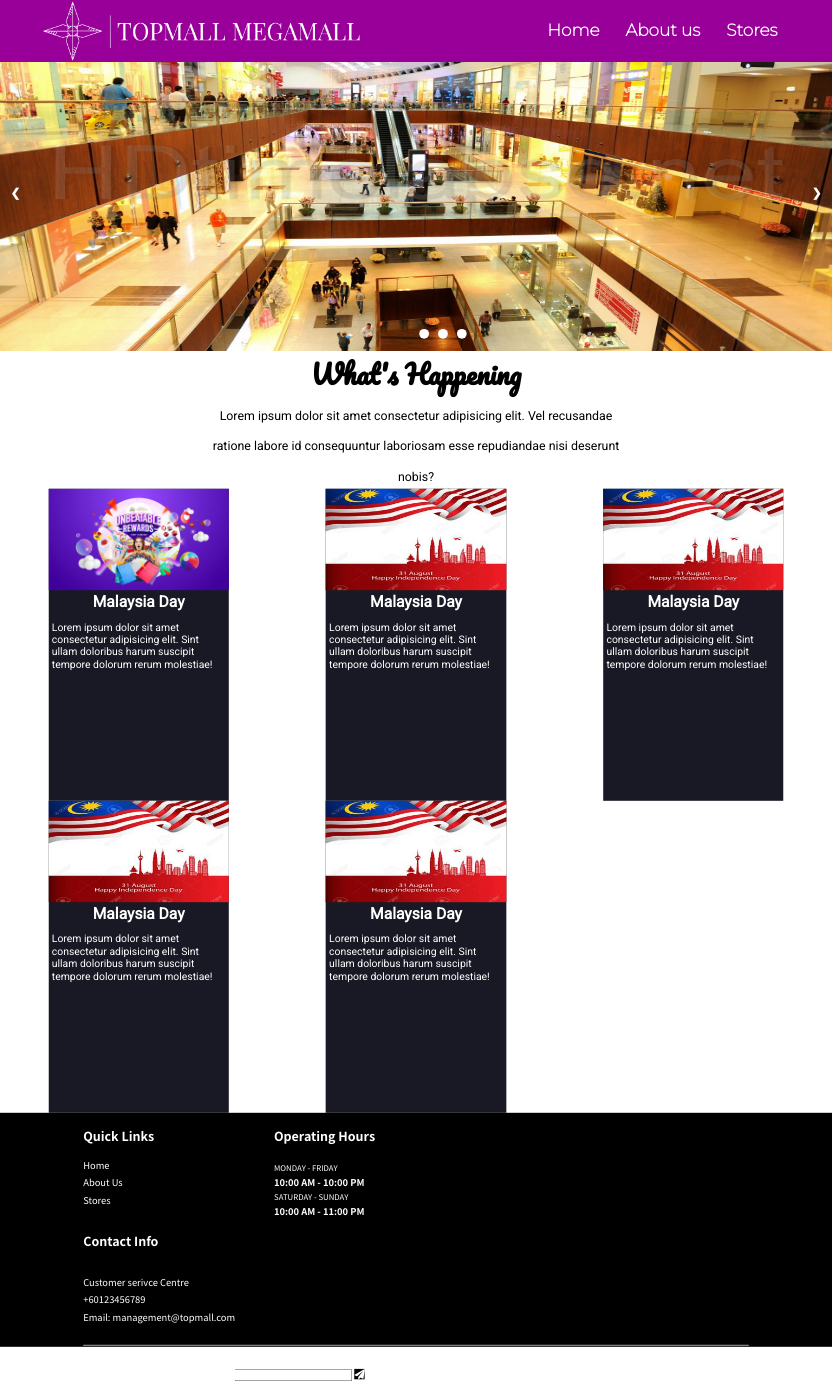
Repository: Jack0Bong/Web-Dev-Assignment
Page: index.html
These files come from the project's save history. The page is drawn as it stood at one moment and after the next save; the edit follows.
The browser window is 1280 px wide. The pictures show the whole page, at 65% of full size.

Above is the page before, as saved 2021-09-02 01:56:12.

### index.html
<!DOCTYPE html>
<html lang="en">
    <head>
        <meta charset="UTF-8">
        <meta http-equiv="X-UA-Compatible" content="IE=edge">
        <meta name="viewport" content="width=device-width, initial-scale=1.0">
        <title>Topmall Megamall</title>

        <!-- fonts link -->
        <link href="https://fonts.googleapis.com/css2?family=Montserrat:wght@200&display=swap" rel="stylesheet">
        <link href="https://fonts.googleapis.com/css2?family=Pacifico&display=swap" rel="stylesheet">
        <link href="https://fonts.googleapis.com/css2?family=Caveat&family=Pacifico&display=swap" rel="stylesheet">
        <link href="https://fonts.googleapis.com/css2?family=Roboto&display=swap" rel="stylesheet">
        <link href="https://fonts.googleapis.com/css2?family=Poppins:wght@200&display=swap" rel="stylesheet">
        <link href="https://fonts.googleapis.com/css2?family=Noto+Sans+TC:wght@300&display=swap" rel="stylesheet">

        <!-- icon link -->
        <link rel="stylesheet" href="https://cdnjs.cloudflare.com/ajax/libs/font-awesome/4.7.0/css/font-awesome.min.css">

        <!-- style sheets link -->
        <link rel="stylesheet" href="css/navbar.css">
        <link rel="stylesheet" href="css/index.css">
    </head>
<body>
    <!-- navigation bar -->
    <nav class="nav">
        <img src="Assets/topmall-white.png" alt="Topmall" class="logo">
        <ul class="navlist">
            <!-- links added here -->
            <li><a href="" class="navlink">Home</a></li>
            <li><a href="" class="navlink">About us</a></li>
            <li><a href="" class="navlink">Stores</a></li>
        </ul>
    </nav>

    <!-- carousel with three images -->
    <section>
        <div class="carousel">

            <div class="slides fade">
                <img src="Assets/slide-one.jpg" alt="">
                <div class="slideText">Slide One</div>
            </div>

            <div class="slides fade">
                <img src="Assets/slide-two.jpg" alt="">
                <div class="slideText">Slide One</div>
            </div>

            <div class="slides fade">
                <img src="Assets/slide-three.jpg" alt="">
                <div class="slideText">Slide One</div>
            </div>

            <a onclick="slideController(-1)" class="prevslide">&#10094;</a>
            <a onclick="slideController(1)" class="nextslide">&#10095;</a>

            <div class="slidedot">
                <span onclick="dotController(1)" class="dot"></span>
                <span onclick="dotController(2)" class="dot"></span>
                <span onclick="dotController(3)" class="dot"></span>
            </div>

        </div>
    </section>

    <section class="events-section">
        <div class="event-title">
            <h1>What's Happening</h1>
            <span>Lorem ipsum dolor sit amet consectetur adipisicing elit. Vel recusandae ratione labore id consequuntur laboriosam esse repudiandae nisi deserunt nobis?</span>
        </div>

        <div class="card-view">

            <div class="card">
                <img src="Assets/event-two.jpg" alt="">
                <h2>Malaysia Day</h2>
                <p>Lorem ipsum dolor sit amet consectetur adipisicing elit. Sint ullam doloribus harum suscipit tempore dolorum rerum molestiae!</p>
            </div>
            <div class="card">
                <img src="Assets/event-one.jpg" alt="">
                <h2>Malaysia Day</h2>
                <p>Lorem ipsum dolor sit amet consectetur adipisicing elit. Sint ullam doloribus harum suscipit tempore dolorum rerum molestiae!</p>
            </div>
            <div class="card">
                <img src="Assets/event-one.jpg" alt="">
                <h2>Malaysia Day</h2>
                <p>Lorem ipsum dolor sit amet consectetur adipisicing elit. Sint ullam doloribus harum suscipit tempore dolorum rerum molestiae!</p>
            </div>
            <div class="card">
                <img src="Assets/event-one.jpg" alt="">
                <h2>Malaysia Day</h2>
                <p>Lorem ipsum dolor sit amet consectetur adipisicing elit. Sint ullam doloribus harum suscipit tempore dolorum rerum molestiae!</p>
            </div>
            <div class="card">
                <img src="Assets/event-one.jpg" alt="">
                <h2>Malaysia Day</h2>
                <p>Lorem ipsum dolor sit amet consectetur adipisicing elit. Sint ullam doloribus harum suscipit tempore dolorum rerum molestiae!</p>
            </div>

        </div>
    </section>


    <!-- footer element -->
    <footer>
        <div class="footer-upper">
            <div class="footer-content">
                <h1 class="footer-title">Quick Links</h1>
                <a href="">Home</a>
                <a href="">About Us</a>
                <a href="">Stores</a>
            </div>
            <div class="footer-content">
                <h1 class="footer-title">Operating Hours</h1>
                <span style="font-size: 0.75em;">MONDAY - FRIDAY</span>
                <h2>10:00 AM - 10:00 PM</h2>
                <span style="font-size: 0.75em;">SATURDAY - SUNDAY</span>
                <h2>10:00 AM - 11:00 PM</h2>
            </div>
            <div class="footer-content">
                <h1 class="footer-title">Contact Info</h1>
                <span>Customer serivce Centre</span>
                <a href="tel:0123456789">+60123456789</a>
                <a href="mailto:someone@example.com">Email: management@topmall.com</a>
            </div>
            <hr>
        </div>
        <div class="footer-lower">
            <div class="footer-email">
                <span style="color: white;">Sign up for Topmall Newsletter</span>
                <form action="" method="post"> <input type="email" name="" id=""> <button type="submit" style="background-color:black;border:none;font-size: 0.5em;"><i class="fa fa-paper-plane"></i></button> </form>
            </div>
            <div class="footer-social">
                <a href="" class="fa fa-facebook-square"></a>
                <a href="" class="fa fa-twitter-square"></a>
                <a href="" class="fa fa-youtube-square"></a>
                <a href="" class="fa fa-instagram"></a>
                <a href="" class="fa fa-reddit"></a>
            </div>
        </div>
    </footer>


    <script src="Js/navbar.js"></script>
    <script src="Js/carousel.js"></script>
</body>
</html>

### css/navbar.css
*{
    padding: 0px;
    margin: 0px;
    box-sizing: border-box;
}

body{
    min-height: 100vh;
    display: flex;
    flex-direction: column;
}


/* Navigation bar style */
nav{
    position: fixed;
    width: 100%;
    height: 13vh;
    display: flex;
    justify-content: space-between;
    transition: 0.3s ease-in-out;
    background-color: #990099;
    opacity: 80%;
    z-index: 999;
}

nav:hover{
    width: 100%;
    height: 13vh;
    opacity: 100%;
}

.shrink{
    height: 9vh;
    background-color: #990099;
}

.logo{
    padding-left: 5vw;
}

.navlist{
    display: flex;
    align-items: center;
    padding-right: 5vw;
}

.navlist li{
    list-style: none;
    padding: 0px 20px;
}

.navlink{
    position: relative;
    color: white;
    font-size: 26px;
    font-weight: 700;
    text-decoration: none;
    font-family: montserrat;
}

.navlink:hover {
    color: white;
}

.navlink::before {
    content: "";
    position: absolute;
    display: block;
    width: 100%;
    height: 2px;
    bottom: 0;
    left: 0;
    background-color: white;
    transform: scaleX(0);
    transition: transform 0.3s ease;
  }

.navlink:hover::before {
    transform: scaleX(1);
}

.navbar-padding{
    width: 100%;
    height: 13vh;
}


/* footer styling */
footer{
    margin-top: auto;
    background-color: black;
    height: 50vh;
}

.footer-upper{
    width: 80%;
    display: flex;
    flex-direction: row;
    justify-content: start;
    margin-left: 10%;
    flex-wrap: wrap;
}

.footer-content{
    display: flex;
    flex-direction: column;
    margin-top: 3vh;
    color: white;
    font-family: 'Noto Sans TC', sans-serif;
    margin-right: 18%;
}

.footer-title{
    margin-bottom: 15%;
    font-size: 1.2em;
}

.footer-content a{
    font-size: 0.9em;
    text-decoration: none;
    color: white;
    padding: 3px 0px 3px 0px;
}

.footer-content span{
    padding: 3px 0px 3px 0px;
    font-size: 0.9em;
    font-family: 'Noto Sans TC', sans-serif;
}

.footer-content h2{
    font-size: 0.9em;
}

.footer-upper hr{
    margin: 3% 0px 3% 0px;
    flex-basis: 100%;
    border: none;
    border-top: 0.1px solid white;
}

.footer-lower{
    width: 80%;
    display: flex;
    flex-direction: row;
    justify-content: space-between;
    margin-left: 10%;
    flex-wrap: wrap;
}

.footer-email{
    font-family: 'Noto Sans TC', sans-serif;
}

.footer-email form{
    display: inline;
    width: fit-content;
}


.footer-social a{
    text-decoration: none;
}

.fa{
    color: white;
    font-size: 2em;
}

### css/index.css
/* Carousel css */
.carousel{
    position: relative;
    width: 100%;
    height: 75vh;
}

.slides{
    display: none;
    width: 100%;
    height: 100%;
}

.slides img{
    width: 100%;
    height: 100%;
}

.prevslide,.nextslide{
    position: absolute;
    top: 50%;
    width: auto;
    padding: 16px;
    color: white;
    font-weight: bold;
    font-size: 18px;
    transition: 0.6s ease;
    border-radius: 0 3px 3px 0;
    user-select: none;
}

.nextslide{
    right: 0%;
    border-radius: 3px 0 0 3px;
}

.slideText{
    display: none;
}

.slidedot{
    position: absolute;
    bottom: 10px;
    display: inline;
    margin-left: 50%;
}

.dot{
    position: relative;
    cursor: pointer;
    height: 15px;
    width: 15px;
    margin: 5px;
    background-color: white;
    border-radius: 50%;
    display: inline-block;
    transition: background-color 0.6s ease;
}

.active, .dot:hover{
    background-color: #bbb;
}

.fade {
    -webkit-animation-name: fade;
    -webkit-animation-duration: 1.5s;
    animation-name: fade;
    animation-duration: 1.5s;
  }

@-webkit-keyframes fade {
from {opacity: .4}
to {opacity: 1}
}

@keyframes fade {
from {opacity: .4}
to {opacity: 1}
}



/* Events section styling */
.events-section{
    width: 100%;
}

.event-title{
    font-family: pacifico;
    font-size: 1.7em;
    text-align: center;
    width: 50%;
    margin: auto;
}

.event-title span{
    font-size: 0.7em;
    font-family: roboto;
    line-height: 0px;
}

.card-view{
    display: grid;
    grid-template-columns: repeat(3, 1fr);
    grid-auto-rows: auto;
}

.card{
    margin: auto;
    width: 65%;
    min-height: 480px;
    background-color: #181924;
    color: white;
    font-family: roboto;
}

.card img{
    width: 100%;
    object-fit: cover;
}

.card h2{
    text-align: center;
}

.card p{
    text-overflow: clip;
    margin: 15px 5px 0px 5px;
}

### Js/navbar.js
window.addEventListener("scroll", (event) => {
    let scroll = this.scrollY;
    let navbar = document.querySelector('.nav');
    if(scroll >= 100){
        navbar.classList.add("shrink")
    }else{
        navbar.classList.remove("shrink");
    }
});

### Js/carousel.js
let slideIndex = 1;
displaySlide(slideIndex);


function slideController(n){
    displaySlide(slideIndex+= n)
}

function dotController(n){
    slideIndex = n;
    displaySlide(slideIndex);
}

function displaySlide(n){
    let slides = document.querySelectorAll(".slides");
    if(n > slides.length){ slideIndex = 1}
    if(n < 1){ slideIndex = 3}

    for(let i = 0; i < slides.length;i++){
        slides[i].style.display="none";
    }

    slides[slideIndex-1].style.display = "block";

}

After the next save:
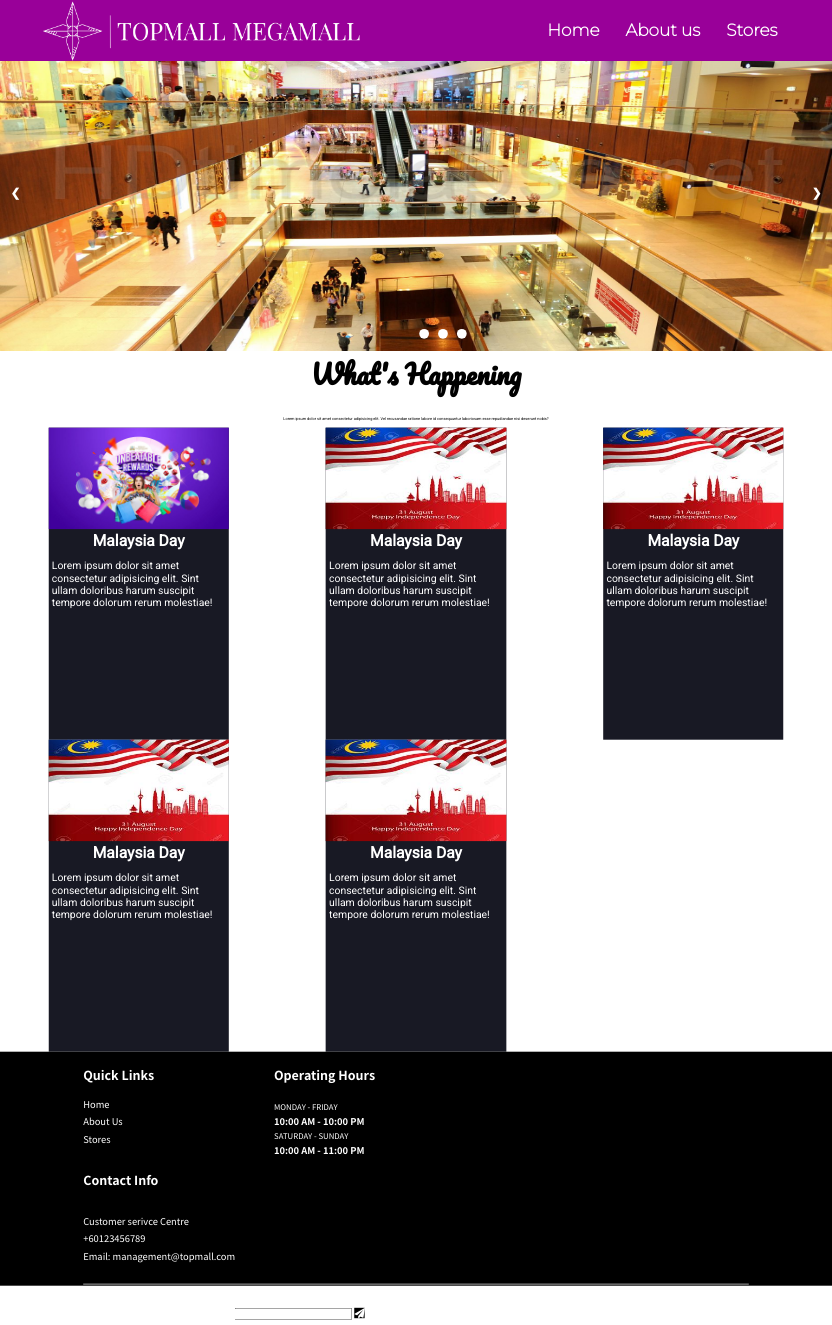
Saved 13 s later.
--- a/css/index.css
+++ b/css/index.css
@@ -94,7 +94,7 @@
 }
 
 .event-title span{
-    font-size: 0.7em;
+    font-size: 0.2em;
     font-family: roboto;
     line-height: 0px;
 }

After the save that followed:
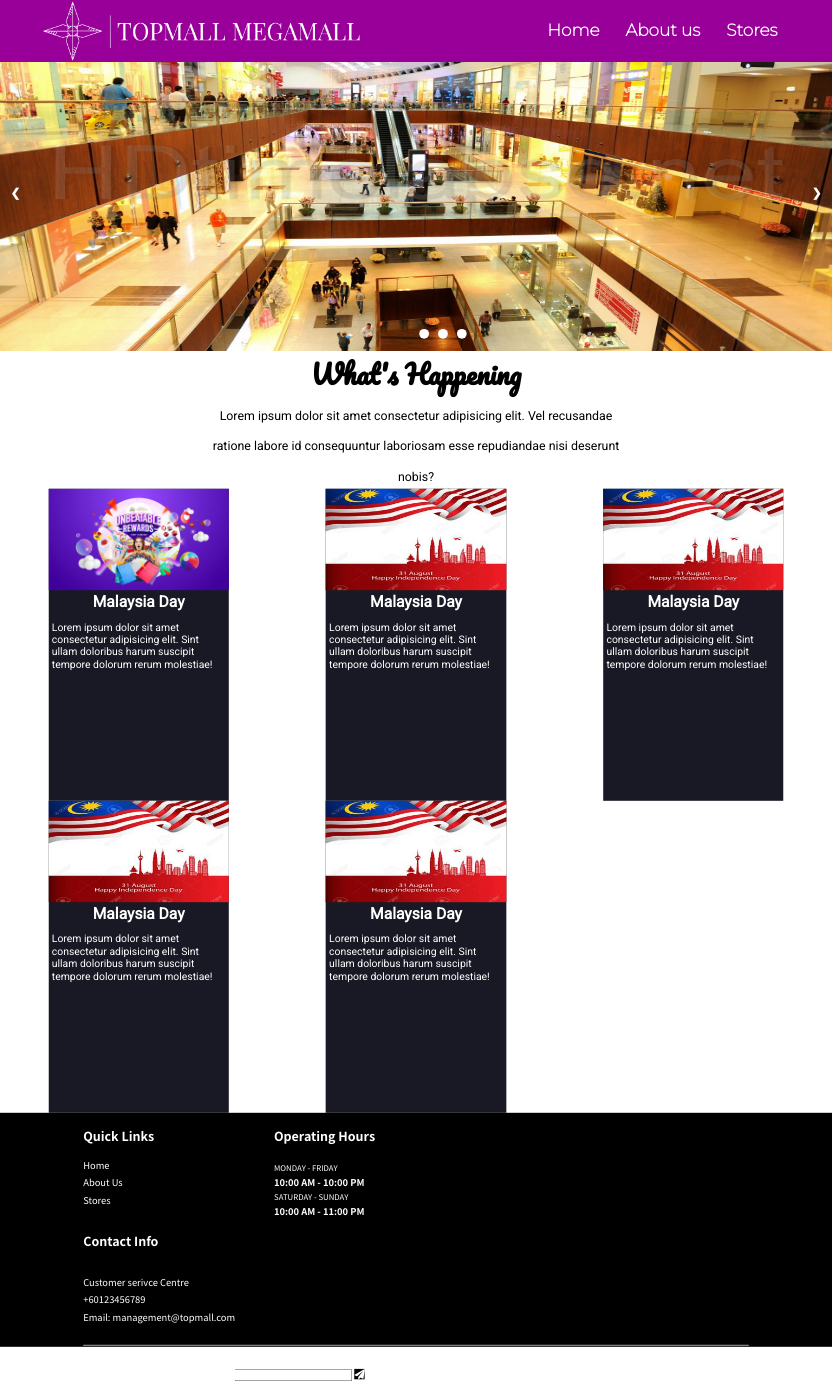
Saved 5 s later.
--- a/css/index.css
+++ b/css/index.css
@@ -94,7 +94,7 @@
 }
 
 .event-title span{
-    font-size: 0.2em;
+    font-size: 0.7em;
     font-family: roboto;
     line-height: 0px;
 }
